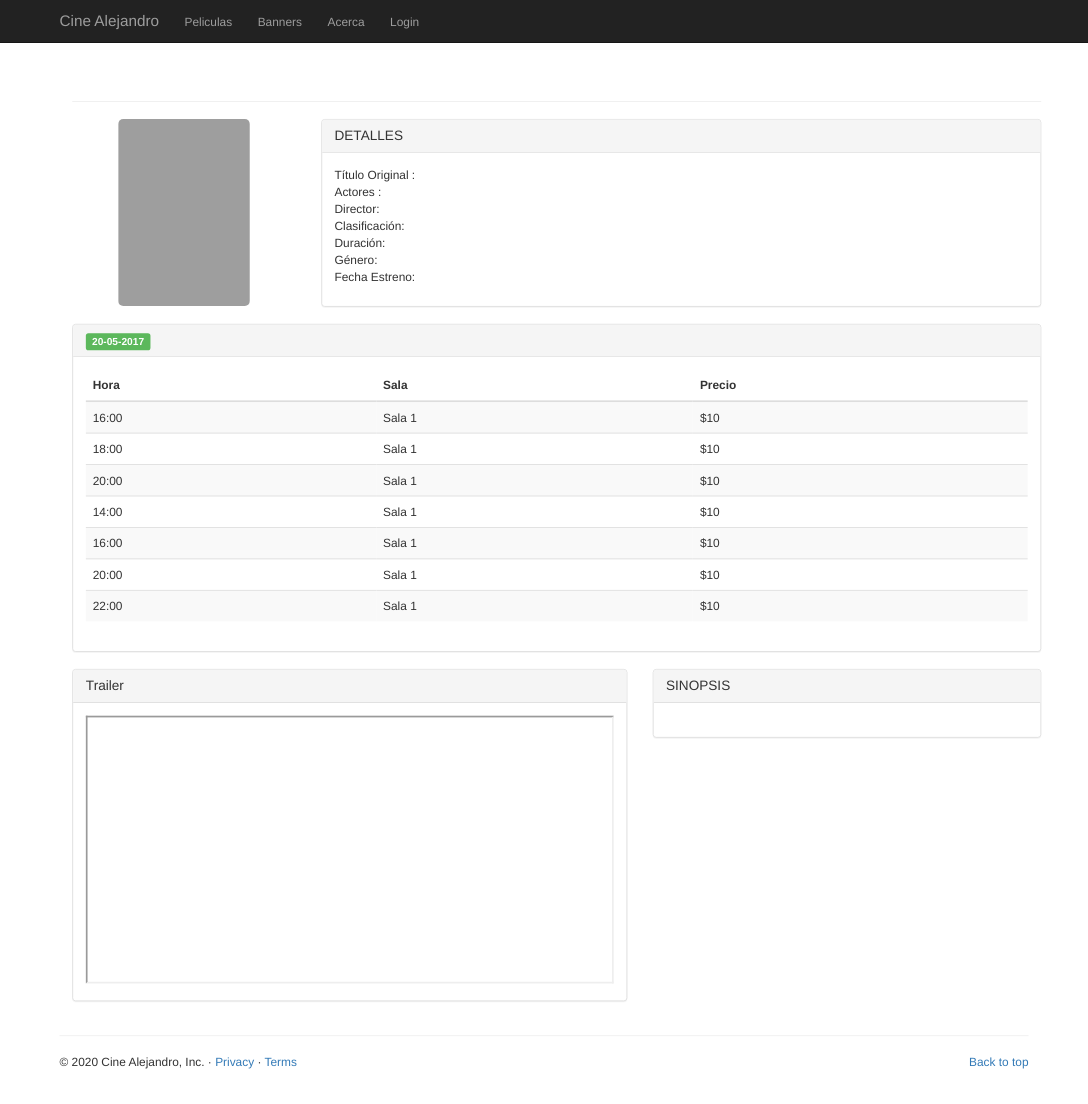
Repository: alejandroBravot/cineSpring
Page: http://localhost/cineapp/WEB-INF/views/detalle.jsp
These files come from the project's save history. The page is drawn as it stood at one moment and after the next save; the edit follows.
The browser window is 1280 px wide. The pictures show the whole page, at 85% of full size.
Pictures or frames that could not be fetched are drawn as grey boxes. The page is served by Tomcat 9. Nobody is signed in. The template is opened directly, without the code that normally fills it, so the values that code supplies are empty.

Above is the page before, as saved 2020-03-30 09:39:34.

After the next save:
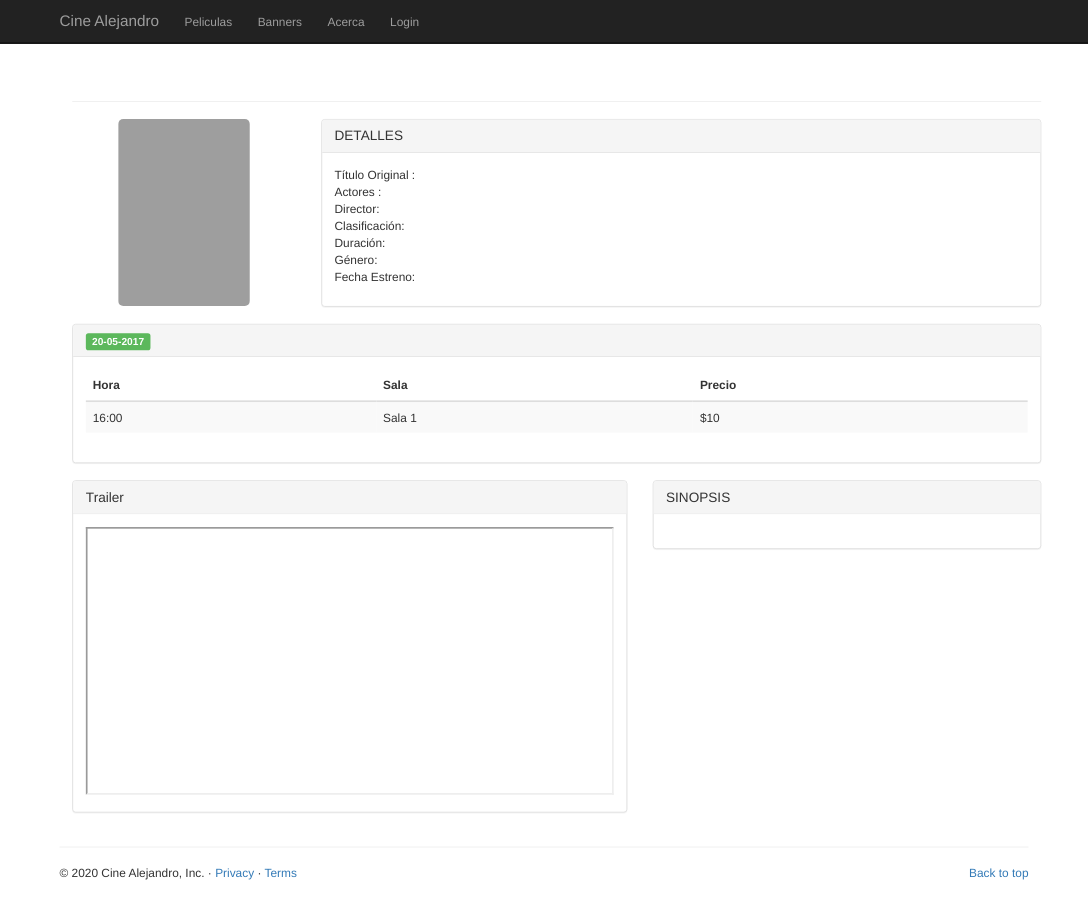
Saved 26 s later.
--- a/cineapp/webapp/WEB-INF/views/detalle.jsp
+++ b/cineapp/webapp/WEB-INF/views/detalle.jsp
@@ -77,36 +77,6 @@
 									<td>Sala 1</td>
 									<td>$10</td>
 								</tr>
-								<tr>
-									<td>18:00</td>
-									<td>Sala 1</td>
-									<td>$10</td>
-								</tr>
-								<tr>
-									<td>20:00</td>
-									<td>Sala 1</td>
-									<td>$10</td>
-								</tr>
-								<tr>
-									<td>14:00</td>
-									<td>Sala 1</td>
-									<td>$10</td>
-								</tr>
-								<tr>
-									<td>16:00</td>
-									<td>Sala 1</td>
-									<td>$10</td>
-								</tr>
-								<tr>
-									<td>20:00</td>
-									<td>Sala 1</td>
-									<td>$10</td>
-								</tr>
-								<tr>
-									<td>22:00</td>
-									<td>Sala 1</td>
-									<td>$10</td>
-								</tr>
 							</tbody>
 						</table>
 					</div>
